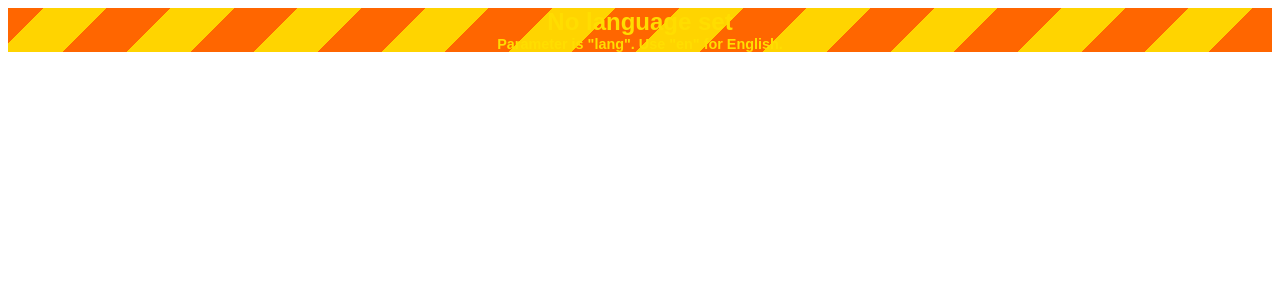
Repository: cirisus/ArknighTimer
Page: timer.html
These files come from the project's save history. The page is drawn as it stood at one moment and after the next save; the edit follows.
The browser window is 1280 px wide. The pictures show the whole page.

Above is the page before, as saved 2024-03-09 11:39:37.

After the next save:
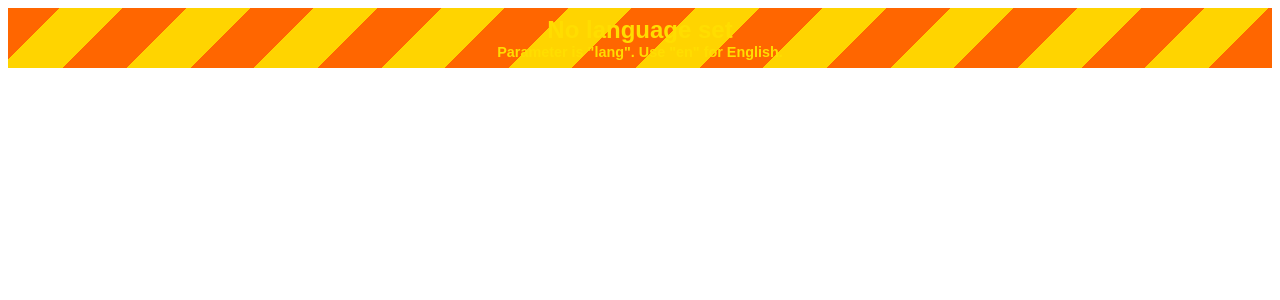
Saved 73 s later.
--- a/timer.css
+++ b/timer.css
@@ -8,6 +8,7 @@
   font-family: Arial, sans-serif;
 }
 #timer {
+  padding: 0.5rem;
   border-color: rgb(var(--primary-accent));
   background: repeating-linear-gradient(-45deg, rgb(var(--primary-accent)), rgb(var(--primary-accent)) 45px, rgb(var(--secondary-accent)) 0, rgb(var(--secondary-accent)) 90px);
 }
@@ -24,7 +25,7 @@
   backdrop-filter: blur(5rem);
   text-align: center;
   border-radius: 0.25em;
-  margin: 1em;
+  margin: .5em;
 }
 
 .unit {
